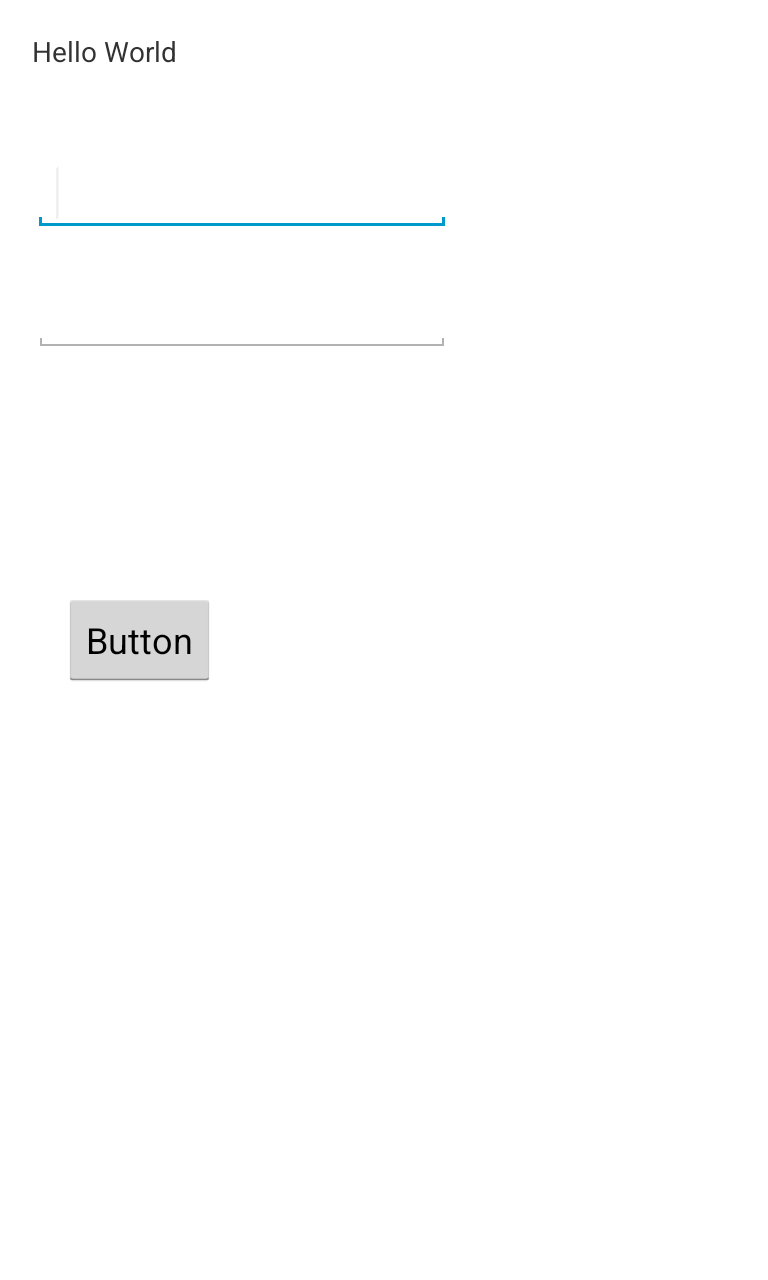
Repository: sbobra/women-startupweekend-sf
Layout: LaundryList/res/layout/activity_login.xml
The author's editor kept a copy of each file at every save. The layout is drawn from the files as they stood at one save, then again after a run of saves.
It is drawn on a 768 x 1280 px phone screen (xhdpi) without system bars, with theme AppTheme; the app's code is not run.

Above is the layout before, as saved 2013-09-14 20:32:02.

After the next 2 saves:
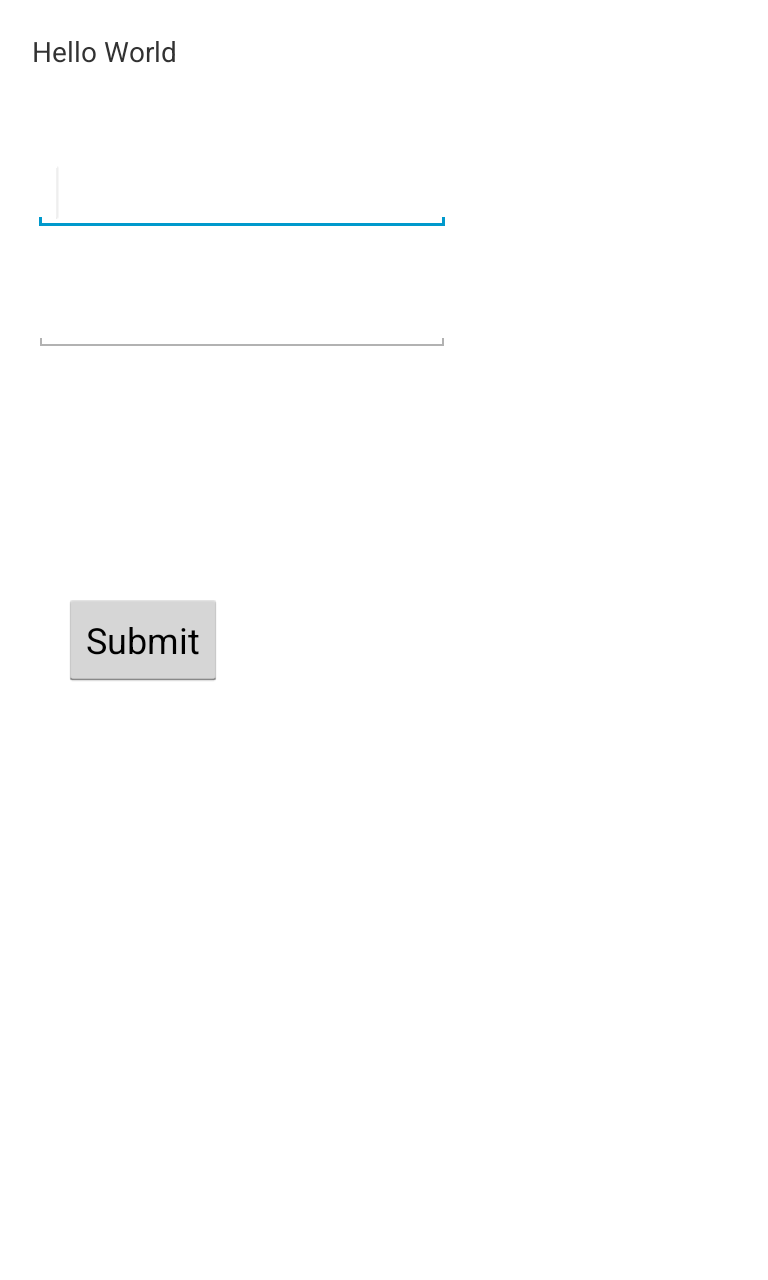
The 2 saves are shown as one change because they came seconds apart.
The last was saved 28 s later.
--- a/LaundryList/res/layout/activity_login.xml
+++ b/LaundryList/res/layout/activity_login.xml
@@ -38,12 +38,12 @@
         android:inputType="textPassword" />
 
     <Button
-        android:id="@+id/button1"
+        android:id="@+id/loginButton"
         android:layout_width="wrap_content"
         android:layout_height="wrap_content"
         android:layout_alignLeft="@+id/editText2"
         android:layout_centerVertical="true"
         android:layout_marginLeft="15dp"
-        android:text="Button" />
+        android:text="Submit" />
 
 </RelativeLayout>
